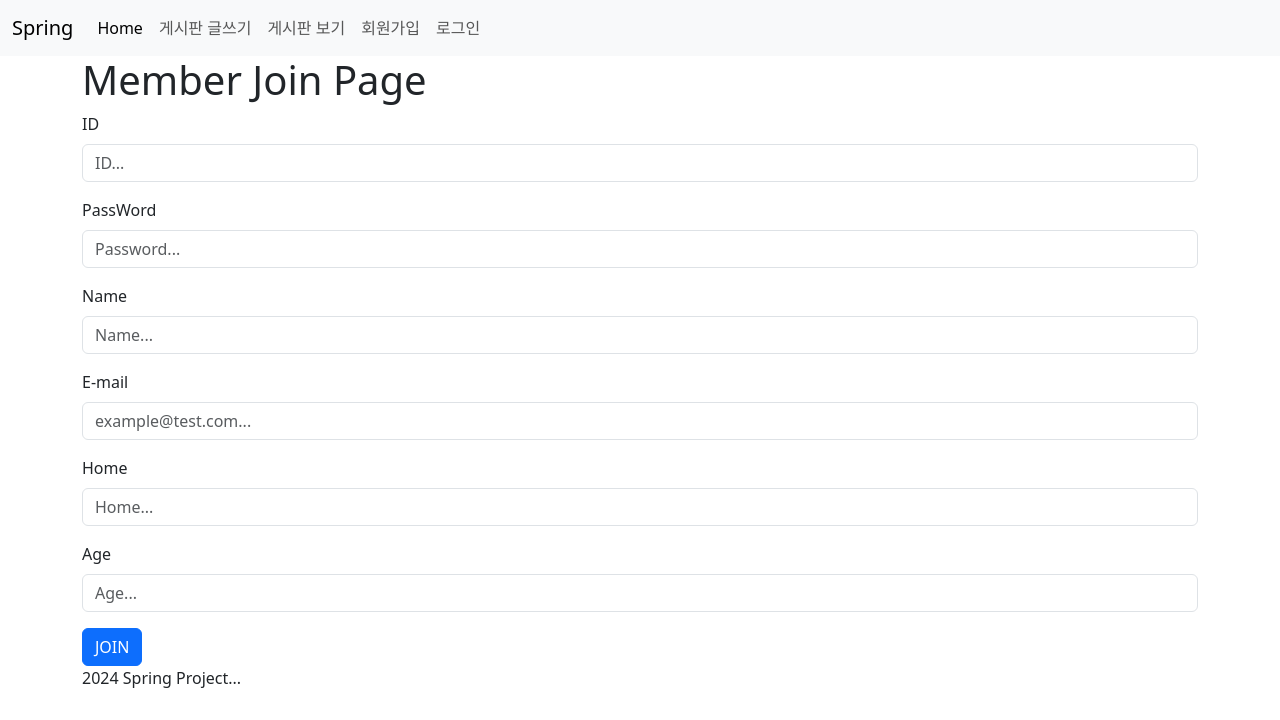
Repository: dhalfks/springTest240430
Page: http://localhost/spring_study/WEB-INF/views/member/modify.jsp
These files come from the project's save history. The page is drawn as it stood at one moment and after the next save; the edit follows.
The browser window is 1280 px wide. The pictures show the whole page.
The page is served by Tomcat 9. Nobody is signed in. The template is opened directly, without the code that normally fills it, so the values that code supplies are empty.

Above is the page before, as saved 2024-04-25 09:04:16.

### spring_study/src/main/webapp/WEB-INF/views/member/modify.jsp
<%@ page language="java" contentType="text/html; charset=UTF-8"
    pageEncoding="UTF-8"%>
<jsp:include page="../layout/header.jsp" />
<div class="container-md">
<h1>Member Join Page</h1>
<form action="/member/register" method="post">
	<div class="mb-3">
	  <label for="i" class="form-label">ID</label>
	  <input type="text" class="form-control" name="id" id="i" placeholder="ID...">
	</div>
	<div class="mb-3">
	  <label for="p" class="form-label">PassWord</label>
	  <input type="password" class="form-control" name="pw" id="p" placeholder="Password...">
	</div>
	<div class="mb-3">
	  <label for="n" class="form-label">Name</label>
	  <input type="text" class="form-control" name="name" id="n" placeholder="Name...">
	</div>
	<div class="mb-3">
	  <label for="e" class="form-label">E-mail</label>
	  <input type="email" class="form-control" name="email" id="e" placeholder="example@test.com...">
	</div>
	<div class="mb-3">
	  <label for="h" class="form-label">Home</label>
	  <input type="text" class="form-control" name="home" id="h" placeholder="Home...">
	</div>
	<div class="mb-3">
	  <label for="a" class="form-label">Age</label>
	  <input type="text" class="form-control" name="age" id="a" placeholder="Age...">
	</div>

	<button type="submit" class="btn btn-primary">JOIN</button>
</form>

</div>
<jsp:include page="../layout/footer.jsp" />

### spring_study/src/main/webapp/WEB-INF/views/layout/header.jsp
<%@ page language="java" contentType="text/html; charset=UTF-8"
    pageEncoding="UTF-8"%>
    <%@ taglib uri="http://java.sun.com/jsp/jstl/core" prefix="c" %>

<!DOCTYPE html>
<html>
<head>
<meta charset="UTF-8">
<title>header.jsp</title>
<link href="https://cdn.jsdelivr.net/npm/bootstrap@5.3.3/dist/css/bootstrap.min.css" rel="stylesheet" integrity="sha384-QWTKZyjpPEjISv5WaRU9OFeRpok6YctnYmDr5pNlyT2bRjXh0JMhjY6hW+ALEwIH" crossorigin="anonymous">
<script src="https://cdn.jsdelivr.net/npm/bootstrap@5.3.3/dist/js/bootstrap.bundle.min.js" integrity="sha384-YvpcrYf0tY3lHB60NNkmXc5s9fDVZLESaAA55NDzOxhy9GkcIdslK1eN7N6jIeHz" crossorigin="anonymous"></script>
</head>
<body>
<nav class="navbar navbar-expand-lg bg-body-tertiary">
  <div class="container-fluid">
    <a class="navbar-brand" href="#">Spring</a>
    <button class="navbar-toggler" type="button" data-bs-toggle="collapse" data-bs-target="#navbarSupportedContent" aria-controls="navbarSupportedContent" aria-expanded="false" aria-label="Toggle navigation">
      <span class="navbar-toggler-icon"></span>
    </button>
    <div class="collapse navbar-collapse" id="navbarSupportedContent">
      <ul class="navbar-nav me-auto mb-2 mb-lg-0">
        <li class="nav-item">
          <a class="nav-link active" aria-current="page" href="/">Home</a>
        </li>
        <li class="nav-item">
          <a class="nav-link" href="/board/register">게시판 글쓰기</a>
        </li>
        <li class="nav-item">
          <a class="nav-link" href="/board/list">게시판 보기</a>
        </li>
        <li class="nav-item">
          <a class="nav-link" href="/member/register">회원가입</a>
        </li>
        <c:if test="${ses.id eq null }">
        <li class="nav-item">
          <a class="nav-link" href="/member/login">로그인</a>
        </li>
        </c:if>
        <c:if test="${ses.id ne null }">
        <li class="nav-item">
          <a class="nav-link" href="/member/logout">로그아웃</a>
        </li>
        <li class="nav-item">
          <a class="nav-link" href="/member/modify">${ses.id }( ${ses.email } ) welcome!!</a>
        </li>
        </c:if>
       </ul>
    </div>
  </div>
</nav>

### spring_study/src/main/webapp/WEB-INF/views/layout/footer.jsp
<%@ page language="java" contentType="text/html; charset=UTF-8"
    pageEncoding="UTF-8"%>

<div class="container-md">
 	2024 Spring Project...
</div>

</body>
</html>

After the next save:
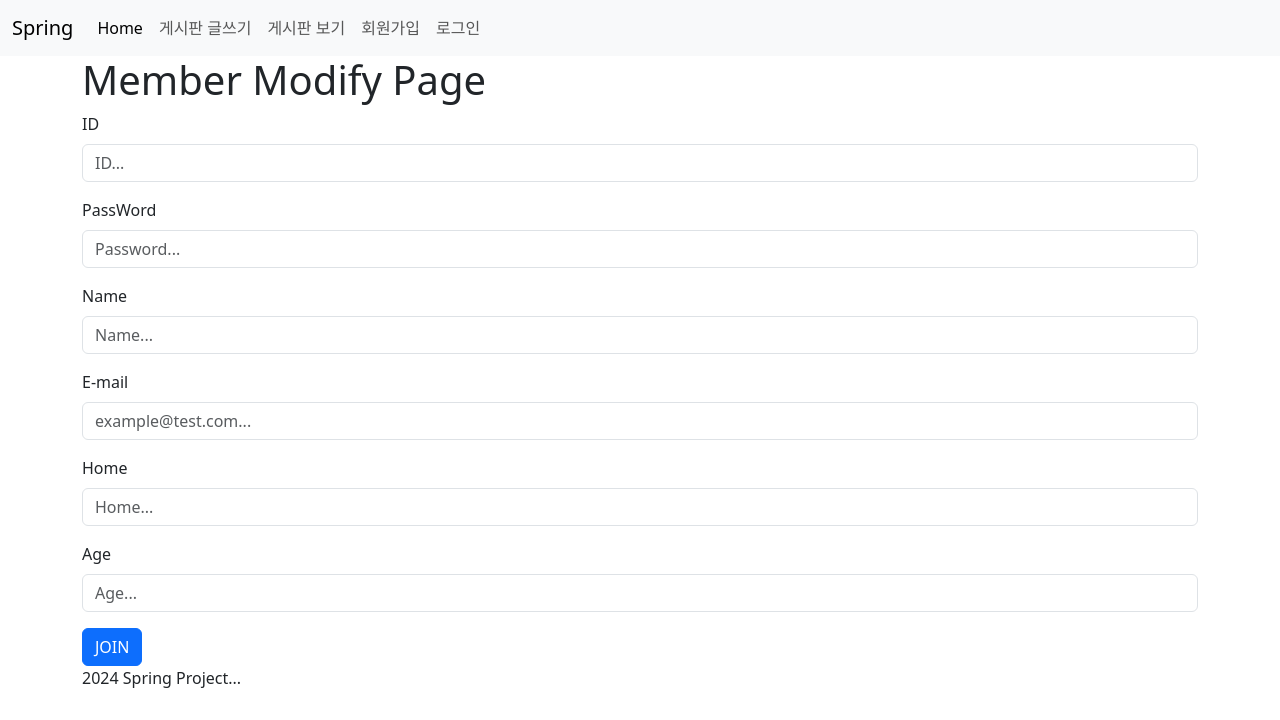
Saved 12 s later.
--- a/spring_study/src/main/webapp/WEB-INF/views/member/modify.jsp
+++ b/spring_study/src/main/webapp/WEB-INF/views/member/modify.jsp
@@ -2,7 +2,7 @@
     pageEncoding="UTF-8"%>
 <jsp:include page="../layout/header.jsp" />
 <div class="container-md">
-<h1>Member Join Page</h1>
+<h1>Member Modify Page</h1>
 <form action="/member/register" method="post">
 	<div class="mb-3">
 	  <label for="i" class="form-label">ID</label>
